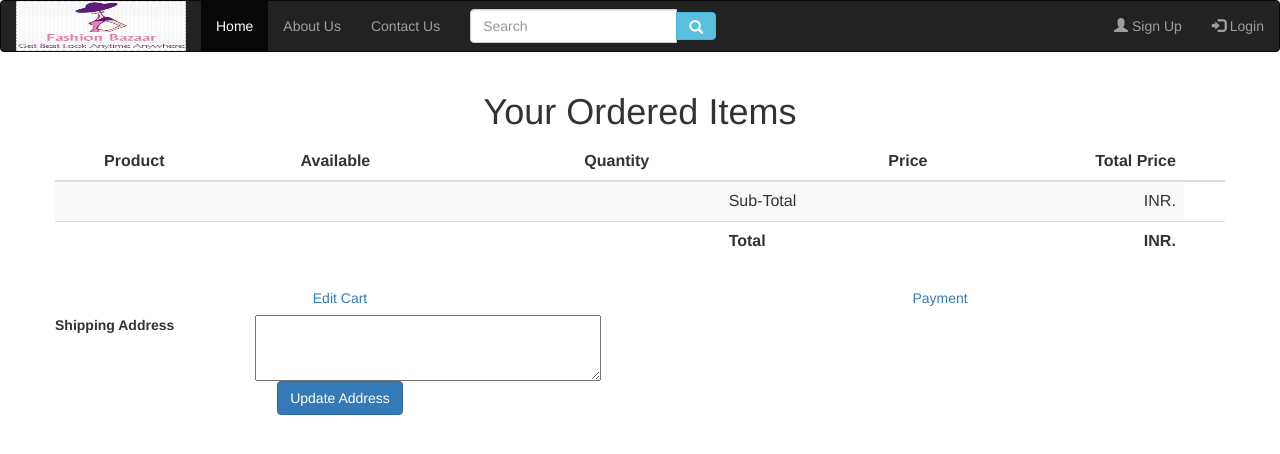
Repository: SmithaMendonca/Project-1
Page: http://localhost/FashionBazarFrontend/WEB-INF/views/OrderConfirm.jsp
These files come from the project's save history. The page is drawn as it stood at one moment and after the next save; the edit follows.
The browser window is 1280 px wide. The pictures show the whole page.
The page is served by Tomcat 9. Nobody is signed in. The template is opened directly, without the code that normally fills it, so the values that code supplies are empty.

Above is the page before, as saved 2019-06-07 05:38:54.

After the next save:
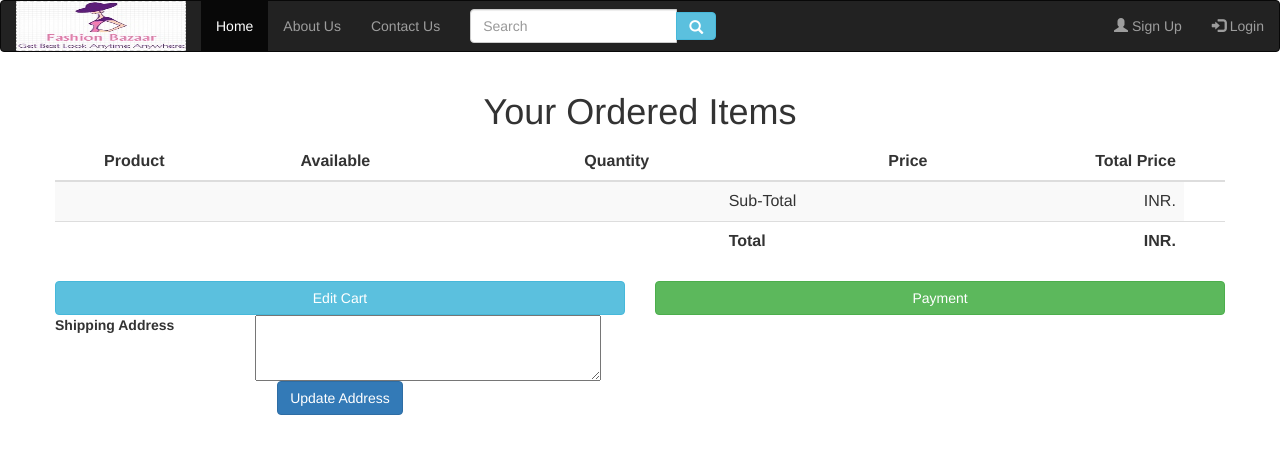
Saved 51 s later.
--- a/FashionBazarFrontend/src/main/webapp/WEB-INF/views/OrderConfirm.jsp
+++ b/FashionBazarFrontend/src/main/webapp/WEB-INF/views/OrderConfirm.jsp
@@ -60,10 +60,10 @@
         <div class="col mb-2">
             <div class="row">
                 <div class="col-sm-12  col-md-6">
-                     <a href="<c:url value="/showCart"/>" class="btn btn-block btn-light">Edit Cart</a>
+                     <a href="<c:url value="/showCart"/>" class="btn btn-block btn-info">Edit Cart</a>
                 </div>
                 <div class="col-sm-12 col-md-6 text-right">
-                    <a href="<c:url value="/payment"/>" class="btn btn-block btn-light">Payment</a>
+                    <a href="<c:url value="/payment"/>" class="btn btn-block btn-success">Payment</a>
                 </div>
             </div>
             <form action="<c:url value="/updateAddr"/>" method="post">
